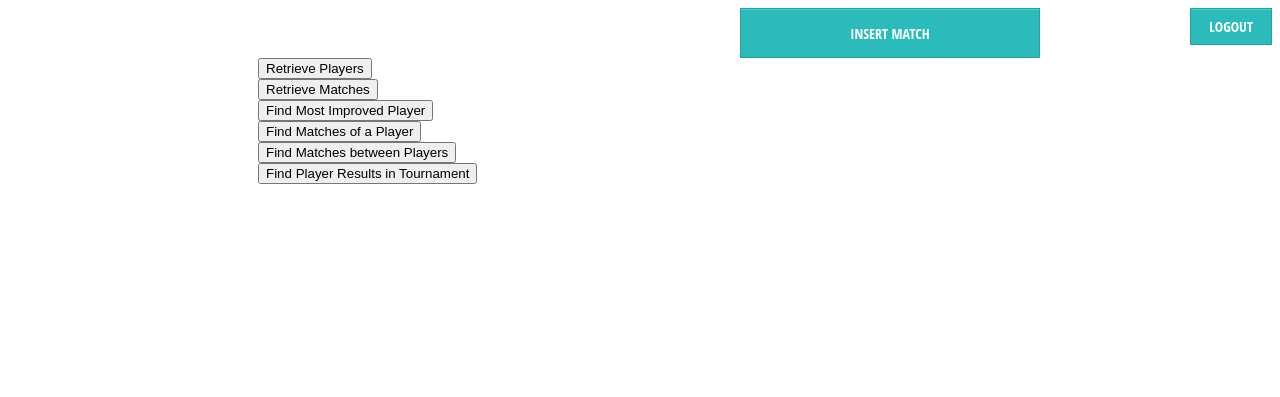
Repository: prm2711/javaapps
Page: http://localhost/Tournament/home.jsp
An editor plug-in stored every save of this project. The page is shown before and after the next save, followed by the edit.
The browser window is 1280 px wide. The pictures show the whole page.
The page is served by Tomcat 9. Other server files are loaded and not shown.

Above is the page before, as saved 2018-01-23 07:25:09.

### eclipse-workspace/Tournament/WebContent/home.jsp
<%@ page language="java" contentType="text/html; charset=ISO-8859-1"
	pageEncoding="ISO-8859-1"%>
<!DOCTYPE html PUBLIC "-//W3C//DTD HTML 4.01 Transitional//EN" "http://www.w3.org/TR/html4/loose.dtd">
<html>
<head>
<meta http-equiv="Content-Type" content="text/html; charset=ISO-8859-1">
<link rel="stylesheet" type="text/css" href="css/styles.css">
<link rel="stylesheet" type="text/css" href="css/button-style.css">
<title>Home</title>
</head>
<body>
	<form method="post" action="insertmatch.jsp" class="form-navigate">
		<input class="navigate" type="submit" value="Insert Match">
	</form>
	<form method="post" action="RetrievePlayerServlet" class="form-navigate">
		<input class="submitButton" type="submit" value="Retrieve Players">
	</form>
	<form method="post" action="RetrieveMatchServlet" class="form-navigate">
		<input class="submitButton" type="submit" value="Retrieve Matches">
	</form>
	<form method="post" action="MostImprovedServlet" class="form-navigate">
		<input class="submitButton" type="submit" value="Find Most Improved Player">
	</form>
	<form method="post" action="playermatch.jsp" class="form-navigate">
		<input class="submitButton" type="submit" value="Find Matches of a Player">
	</form>
	<form method="post" action="twoplayermatch.jsp" class="form-navigate">
		<input class="submitButton" type="submit" value="Find Matches between Players">
	</form>
	<form method="post" action="playertour.jsp" class="form-navigate">
		<input class="submitButton" type="submit" value="Find Player Results in Tournament">
	</form>
	<form method="post" action="LogoutServlet" class="button-form-logout">
		<input class="logoutButton" type="submit" value="Logout">
	</form>
</body>
</html>

### eclipse-workspace/Tournament/WebContent/css/styles.css
body {
	position: relative;
}
.left-div {
	background: olive;
	width: 50%;
	height: 650px;
	float: left;
	background-image: url("https://i.ytimg.com/vi/o8ArmT-JCLc/maxresdefault.jpg");
	background-repeat: no-repeat;
    background-size: 100% 100%;
}

@keyframes move {
  from {
    margin-left: 50%;
    width: 300%;
  }

  to {
    margin-left: 0%;
    width: 100%;
  }
}

.left-div h1 {
	animation-name: move;
    animation-duration: 4s;
    color: #DAA520;
    font-size: 50px;
    text-shadow: 2px 2px 3px rgba(255,255,0,0.1);
}

.left-div h2 {
	animation-name: move;
    animation-duration: 4s;
    color: #DAA520;
    font-size: 40px;
}

.right-div {
	background: cyan;
	width: 50%;
	height: 650px;
	float: left;
	position: relative;
}

.main-img {
	width: 100px;
	height: 400px;
}

p {
	color: black;
	font-size: 30px;
}

.admin-form {
    font: 95% Arial, Helvetica, sans-serif;
    width: 90%;
    height: 550px;
    margin: 10px auto;
    padding: 16px;
    border: 1px solid #000080;
    border-width:thick;
    background-image: url("https://encrypted-tbn0.gstatic.com/images?q=tbn:ANd9GcQjdAFkwK0Ag4t-R4j_HPDkGZ2mEnB2iMXH60EItnfem7ZoYICC4w");
    background-repeat: no-repeat;
    background-size: cover;
    position: relative;
    top: 20px;
}

.admin-form h1 {
    background: #000080;
    padding: 20px 0;
    font-size: 140%;
    font-weight: 300;
    text-align: center;
    color: white;
    margin: -16px -16px 16px -16px;
}

.user,.pass {
    outline: none;
    box-sizing: border-box;
    width: 90%;
    background: white;
    margin-bottom: 4%;
    border: 1px solid #ccc;
    padding: 3%;
    color: #555;
    font: 95% Arial, Helvetica, sans-serif;
    opacity: 0.8;
    position: absolute;
}

.user {
	top: 150px;
}

.pass {
	top: 250px;
}

input[type="text"]:focus,
input[type="password"]:focus {
	box-shadow: 0 0 5px #43D1AF;
    padding: 3%;
    border: 1px solid #43D1AF;
    opacity: 1;
}

.submit {
    box-sizing: border-box;
    width: 90%;
    padding: 3%;
    background: purple;
    border-bottom: 2px solid #30C29E;
    border-top-style: none;
    border-right-style: none;
    border-left-style: none;
    color: #fff;
    opacity: 0.8;
    position: absolute;
    top: 400px;
}

.submit:hover {
    background: #8A2BE2;
    opacity: 1;
}

### eclipse-workspace/Tournament/WebContent/css/button-style.css
@charset "ISO-8859-1";

body {
	position: relative;
}

.homeButton, .logoutButton, .navigate {
	box-shadow: inset 0px 1px 0px 0px #45D6D6;
	background-color: #2CBBBB;
	border: 1px solid #27A0A0;
	display: block;
	cursor: pointer;
	color: #FFFFFF;
	font-family: 'Open Sans Condensed', sans-serif;
	font-size: 14px;
	padding: 8px 18px;
	text-decoration: none;
	text-transform: uppercase;
	margin: 0 auto;
}

.navigate {
	width: 300px;
	height: 50px;
}

.form-navigate * {
	position: relative;
	left: 250px;
}

.insert {
	left: 250px;
	position: absolute;
	top: 100px;
}

.player {
	left: 250px;
	position: absolute;
	top: 150px;
}

.match {
	left: 250px;
	position: absolute;
	top: 200px;
}

.improve {
	left: 250px;
	position: absolute;
	top: 250px;
}

.player-match {
	left: 250px;
	position: absolute;
	top: 300px;
}

.players {
	left: 250px;
	position: absolute;
	top: 350px;
}

.tour {
	left: 250px;
	position: absolute;
	top: 400px;
}

.button-form-logout {
	position: absolute;
	top: 0px;
	right: 0px;
}

.button-form-home {
	position: absolute;
	top: 0px;
	right: 100px;
}

.homeButton:hover, .logoutButton:hover, .navigate:hover {
	background: linear-gradient(to bottom, #34CACA 5%, #30C9C9 100%);
	background-color: #34CACA;
}

After the next save:
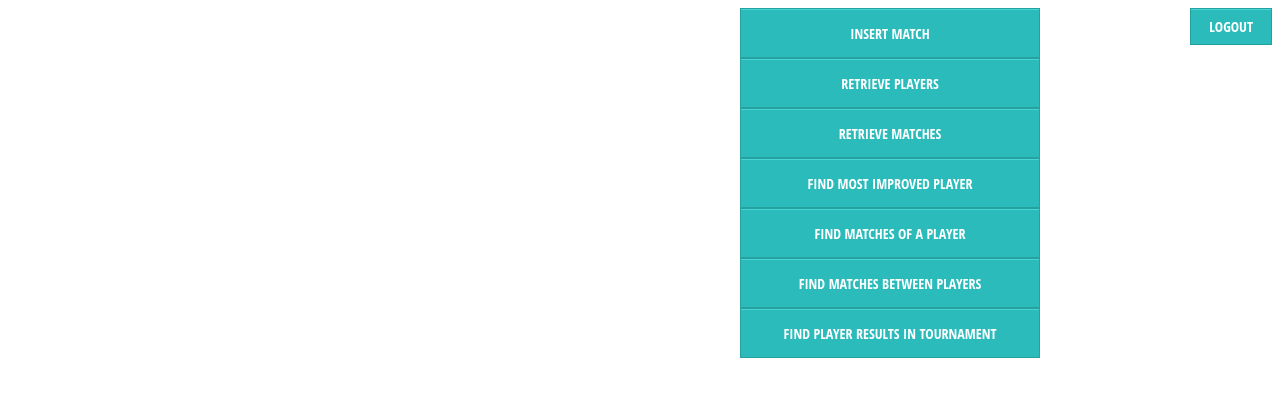
Saved 44 s later.
--- a/eclipse-workspace/Tournament/WebContent/home.jsp
+++ b/eclipse-workspace/Tournament/WebContent/home.jsp
@@ -13,22 +13,22 @@
 		<input class="navigate" type="submit" value="Insert Match">
 	</form>
 	<form method="post" action="RetrievePlayerServlet" class="form-navigate">
-		<input class="submitButton" type="submit" value="Retrieve Players">
+		<input class="navigate" type="submit" value="Retrieve Players">
 	</form>
 	<form method="post" action="RetrieveMatchServlet" class="form-navigate">
-		<input class="submitButton" type="submit" value="Retrieve Matches">
+		<input class="navigate" type="submit" value="Retrieve Matches">
 	</form>
 	<form method="post" action="MostImprovedServlet" class="form-navigate">
-		<input class="submitButton" type="submit" value="Find Most Improved Player">
+		<input class="navigate" type="submit" value="Find Most Improved Player">
 	</form>
 	<form method="post" action="playermatch.jsp" class="form-navigate">
-		<input class="submitButton" type="submit" value="Find Matches of a Player">
+		<input class="navigate" type="submit" value="Find Matches of a Player">
 	</form>
 	<form method="post" action="twoplayermatch.jsp" class="form-navigate">
-		<input class="submitButton" type="submit" value="Find Matches between Players">
+		<input class="navigate" type="submit" value="Find Matches between Players">
 	</form>
 	<form method="post" action="playertour.jsp" class="form-navigate">
-		<input class="submitButton" type="submit" value="Find Player Results in Tournament">
+		<input class="navigate" type="submit" value="Find Player Results in Tournament">
 	</form>
 	<form method="post" action="LogoutServlet" class="button-form-logout">
 		<input class="logoutButton" type="submit" value="Logout">
